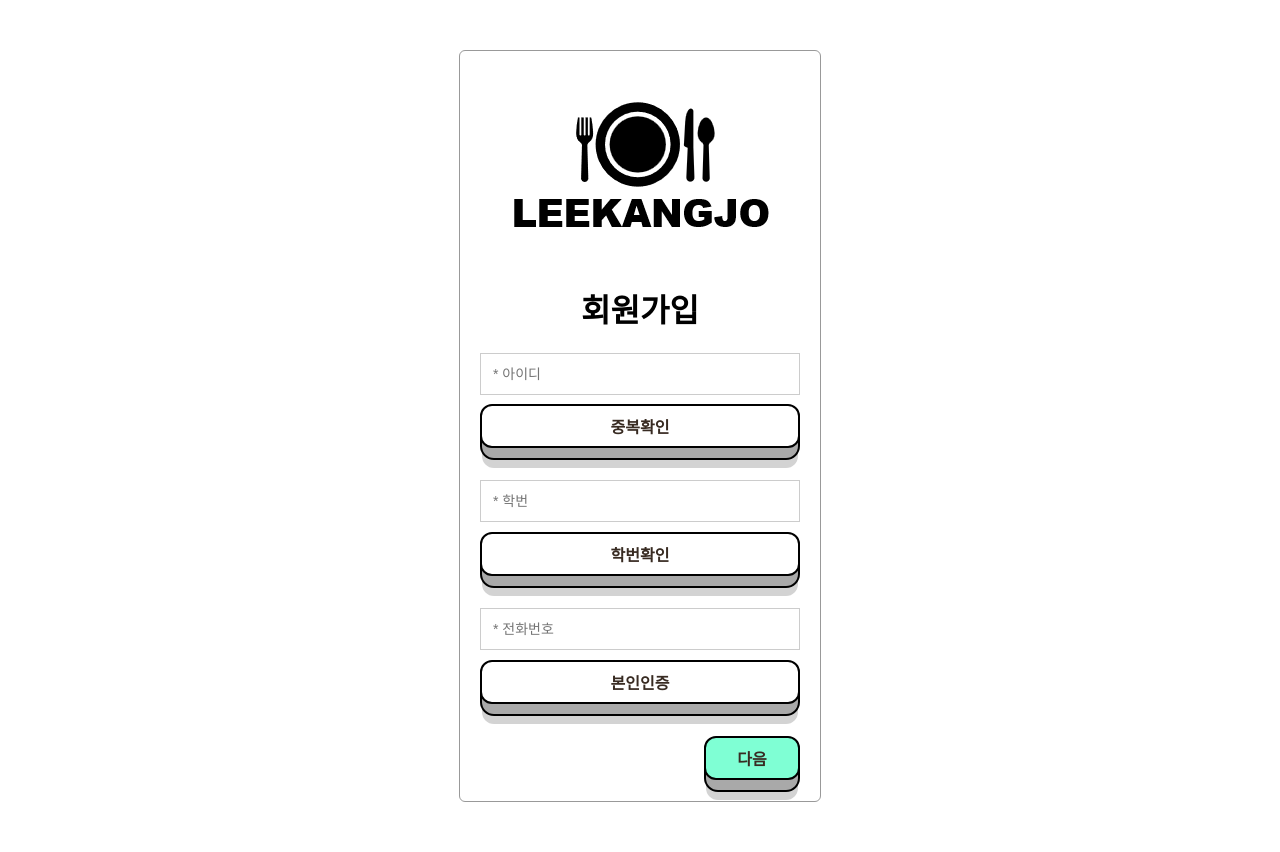
Repository: acredev/Restaurant_Management_System
Page: http://localhost/leekangjo/jsp/signup/signup_first.jsp
The author's editor kept a copy of each file at every save. The page is drawn from the files as they stood at one save, then again after the next save.
The browser window is 1280 px wide. The pictures show the whole page.
The page is served by Tomcat 9. Other server files are loaded and not shown.

Above is the page before, as saved 2023-04-21 12:20:17.
Console error (its wording comes from the project's code and is left out).

### leekangjo/WebContent/jsp/signup/signup_first.jsp
<%@ page language="java" contentType="text/html; charset=UTF-8"
    pageEncoding="UTF-8"%>

<!doctype html>
<html>
    <head>
        <meta charset="utf-8">
        <title>이강조 회원가입</title>
        <link href="../../css/signup_first.css" rel="stylesheet">
        <link href="../../css/buttonST.css" rel="stylesheet">
        <script src="../../js/signup.js"></script>
    </head>
    <body>
        <div id="box">
            <div class="boxtitle">
                <img src="../../img/Logo4.png" alt="" class="loginImg" onclick="../../location.href='index.html'">
                <h1>회원가입</h1>
            </div>
            <div class="form-item">
               <input type="text" id="inpName" placeholder="* 아이디" maxlength="10">
               <button class="tagbarBT">중복확인</button>
            </div>
            <div class="form-item">
               <input type="number" id="inpName" placeholder="* 학번" oninput="maxLengthCheck1(this)" maxlength="8">
               <button class="tagbarBT">학번확인</button>
            </div>
            <div class="form-item">
               <input type="number" id="inpName" placeholder="* 전화번호" oninput="maxLengthCheck2(this)" maxlength="11">
               <button class="tagbarBT">본인인증</button>
               <div class="block"><button class="tagbarBT" id="nextBT" onclick="location.href='signup2.html'">다음</button></div>
            </div>
        </div>
    </body>
</html>

### leekangjo/WebContent/css/signup_first.css
#box {
    margin:50px auto; padding:20px; max-width:320px; border:1px solid #999; border-radius:6px;
}
.form-item {
    flex-direction: row-reverse;
    width: 100%;
    align-items: center;
    margin-bottom: 23%;
}
.form-item input {
    width: 92%;
    padding: 12px;
    font-size: 14px;
    color: #111111;
    border: 0;
    border: 1px #cccccc solid;
    margin-bottom: 3%;
}

.form-item input:focus {
    border-color:#0982f0;
    outline: none;
}
.boxtitle{
    text-align: center;
}
.tagbarBT:nth-child(3){
    float: right;
    margin-bottom: 10%;
    width: 100%;
}
.tagbarBT:nth-child(2){
    float: right;
    margin-bottom: 10%;
    width: 100%;
}
.block{
    padding-bottom: 15%;
}
#nextBT{
    width: 30%;
    background-color: aquamarine;
    float: right;
}
input::-webkit-outer-spin-button,
input::-webkit-inner-spin-button {
  -webkit-appearance: none;
  margin: 0;
}
iframe{
	width: 100%;
	height: 17px;
	border: none;
}

### leekangjo/WebContent/css/buttonST.css
/* 프로젝트 내부의 버튼 스타일을 결정하는 css 파일입니다. */

.tagbarBT {
  position: relative;
  cursor: pointer;
  font-size: inherit;
  font-family: inherit;
  font-weight: 600;
  color: #382b22;
  padding: 0.5em 1em;
  background: #ffffff;
  border: 2px solid #000;
  border-radius: 0.75em;
  transform-style: preserve-3d;
  transition: transform 150ms cubic-bezier(0, 0, 0.58, 1), background 150ms cubic-bezier(0, 0, 0.58, 1);
}

.tagbarBT::before {
  position: absolute;
  content: "";
  width: 100%;
  height: 100%;
  top: 0;
  left: 0;
  right: 0;
  bottom: 0;
  background: darkgray;
  border-radius: inherit;
  box-shadow: 0 0 0 2px #000, 0 0.625em 0 0 lightgray;
  transform: translate3d(0, 0.75em, -1em);
  transition: transform 150ms cubic-bezier(0, 0, 0.58, 1), box-shadow 150ms cubic-bezier(0, 0, 0.58, 1);
}

.tagbarBT:hover {
  background: lightgray;
  transform: translate(0, 0.25em);
}

.tagbarBT:hover::before {
  box-shadow: 0 0 0 2px , 0 0.5em 0 0 lightgray;
  transform: translate3d(0, 0.5em, -1em);
}

.tagbarBT:active {
  background: lightgray;
  transform: translate(0em, 0.75em);
}

.tagbarBT:active::before {
  box-shadow: 0 0 0 2px , 0 0;
  transform: translate3d(0, 0, -1em);
}

### leekangjo/WebContent/js/signup.js
function maxLengthCheck1(object)
{
    if (object.value.length > object.maxLength)
{
      object.value = object.value.slice(0, object.maxLength);
    }
  }

function maxLengthCheck2(object)
{
    if (object.value.length > object.maxLength)
{
      object.value = object.value.slice(0, object.maxLength);
    }
  }

function signup_first_idchk()
{
	var id = document.getElementById("id");
	var id_chk = /^[a-z]+[a-z0-9]{5,19}$/;
	if (id.value == "")
	{
		alert("아이디 입력 후 다시 시도해 주세요.");
		id.focus();
	}
	else if (!id_chk.test(id.value))
	{
		alert("아이디에는 영문자, 숫자 조합 5자리 이상 10자리 이하만 입력 가능합니다. 다시 시도해 주세요.");
		id.focus();
	}
	else if (id.value.length <= 4)
	{
		alert("아이디는 5자리 이상, 10자리 이하로 입력 바랍니다.");
		id.focus();
	}
	else
	{
		hiddenframe.location.href="../signup/signup_idchk.jsp?id=" + document.signup_first.id.value;
	}
}

function signup_first_idchk_result()
{
	opener.document.signup_first.id.value = document.form_idchk.id.value;
	opener.document.signup_first.idchk.value = "id_chkyes";
	opener.document.signup_first.id.readOnly = true;
	opener.document.signup_first.id.style.color = "blue";
	opener.document.signup_first.id.style.onfocus = "this.blur();";
	window.close();
}

function signup_first_stdnumchk()
{
	var stdnum = document.getElementById("stdnum");
	if (stdnum.value == "")
	{
		alert("학번 입력 후 다시 시도해 주세요.");
		stdnum.focus();
	}
	else if (stdnum.value.length <= 7)
	{
		alert("경민대학교 학번은 8자리입니다. 올바르게 입력 후 다시 시도해 주세요.");
		stdnum.focus();
	}
	else
	{
		hiddenframe2.location.href="/leekangjo/jsp/signup/signup_stdnumchk.jsp?stdnum=" + document.signup_first.stdnum.value;
	}
}

function signup_first_stdnumchk_result()
{
	opener.document.signup_first.stdnum.value = document.form_stdnumchk.stdnum.value;
	opener.document.signup_first.stdnumchk.value = "stdnum_chkyes";
	opener.document.signup_first.stdnum.readOnly = true;
	opener.document.signup_first.stdnum.style.color = "blue";
	opener.document.signup_first.stdnum.style.onfocus = "this.blur();";
	window.close();
}

function signup_first_emailchk()
{
	var email = document.getElementById("email");
	var email_chk = /^[0-9a-zA-Z]([-_.]?[0-9a-zA-Z])*@[0-9a-zA-Z]([-_.]?[0-9a-zA-Z])*.[a-zA-Z]{2,3}$/i;
	if (email.value == "")
	{
		alert("이메일 입력 후 다시 시도해 주세요.");
		email.focus();
	}
	else if (!email_chk.test(email.value))
	{
		alert("이메일 형식에 맞지 않습니다. 이메일을 올바르게 입력 후 다시 시도해 주세요.");
		email.focus();
	}
	else
	{
		popupWindow = window.open("signup_emailchk.jsp?email=" + email.value, "_blank","resizeable","toolbar=no");
		popupWindow.resizeTo(500,600);
		popupWindow.onresize=(_=>{
			popupWindow.resizeTo(500,600);
		})
	}
}

function signup_first_emailchk_result()
{
	opener.document.signup_first.email.value = document.form_emailchk.email.value;
	opener.document.signup_first.emailchk.value = "email_chkyes";
	opener.document.signup_first.email.readOnly = true;
	opener.document.signup_first.email.style.color = "blue";
	opener.document.signup_first.email.style.onfocus = "this.blur();";
	window.close();
}

function signup_first_telchk()
{
	var tel = document.getElementById("tel");
	var tel_num_chk = /^01([0|1|6|7|8|9])-?([0-9]{3,4})-?([0-9]{4})$/;
	if (tel.value == "")
	{
		alert("휴대폰 번호가 입력되지 않았습니다. 휴대폰 번호를 입력하고, 다시 시도해 주세요.");
		tel.focus();
	}
	else if (!tel_num_chk.test(tel.value))
	{
		alert("휴대폰 번호 형식에 맞지 않습니다. 휴대폰 번호 입력 시, 하이픈 (-) 제거 후 숫자만 입력 바랍니다.");
		tel.focus();
	}
	else
	{
		popupWindow = window.open("signup_telchk.jsp?tel=" + tel.value, "_blank","resizeable","toolbar=no");
		popupWindow.resizeTo(500,600);
		popupWindow.onresize=(_=>{
			popupWindow.resizeTo(500,600);
		})
	}
}

function signup_first_nextBT()
{
	var idchk = document.getElementById('hiddenframe').contentWindow.document.getElementById("idchk_result");
	var stdnumchk = document.getElementById('hiddenframe2').contentWindow.document.getElementById("stdnumchk_result");
	var telchk = document.getElementById("telchk");
	var emailchk = document.getElementById("emailchk");

	if (idchk.value == "id_chkno" && stdnumchk.value == "stdnum_chkno" && telchk.value == "tel_chkno" && emailchk.value == "email_chkno")
	{
		alert("모든 인증이 완료되지 않았습니다. 모든 인증과정을 수행 후 다시 시도해 주세요.");
	}
	else if (idchk.value == "id_chkyes" && stdnumchk.value == "stdnum_chkno" && telchk.value == "tel_chkno" && emailchk.value == "email_chkno")
	{
		alert("학번 인증과 휴대폰 번호, 이메일 본인인증이 완료되지 않았습니다. 모든 인증과정을 수행 후 다시 시도해 주세요.");
	}
	else if (idchk.value == "id_chkno" && stdnumchk.value == "stdnum_chkyes" && telchk.value == "tel_chkno" && emailchk.value == "email_chkno")
	{
		alert("아이디 중복확인과 휴대폰 번호, 이메일 본인인증이 완료되지 않았습니다. 모든 인증과정을 수행 후 다시 시도해 주세요.");
	}
	else if (idchk.value == "id_chkno" && stdnumchk.value == "stdnum_chkno" && telchk.value == "tel_chkyes" && emailchk.value == "email_chkno")
	{
		alert("아이디 중복확인과 학번 인증, 이메일 본인인증이 완료되지 않았습니다. 모든 인증과정을 수행 후 다시 시도해 주세요.");
	}
	else if (idchk.value == "id_chkno" && stdnumchk.value == "stdnum_chkno" && telchk.value == "tel_chkno" && emailchk.value == "email_chkyes")
	{
		alert("아이디 중복확인과 학번 인증, 휴대폰 번호 본인인증이 완료되지 않았습니다. 모든 인증과정을 수행 후 다시 시도해 주세요.");
	}
	else if (idchk.value == "id_chkyes" && stdnumchk.value == "stdnum_chkyes" && telchk.value == "tel_chkyes" && emailchk.value == "email_chkno")
	{
		alert("이메일 본인인증이 완료되지 않았습니다. 모든 인증과정을 수행 후 다시 시도해 주세요.");
	}
	else if (idchk.value == "id_chkyes" && stdnumchk.value == "stdnum_chkyes" && telchk.value == "tel_chkno" && emailchk.value == "email_chkyes")
	{
		alert("휴대폰 번호 본인인증이 완료되지 않았습니다. 모든 인증과정을 수행 후 다시 시도해 주세요.");
	}
	else if (idchk.value == "id_chkyes" && stdnumchk.value == "stdnum_chkno" && telchk.value == "tel_chkyes" && emailchk.value == "email_chkyes")
	{
		alert("학번 인증이 완료되지 않았습니다. 모든 인증과정을 수행 후 다시 시도해 주세요.");
	}
	else if (idchk.value == "id_chkno" && stdnumchk.value == "stdnum_chkyes" && telchk.value == "tel_chkyes" && emailchk.value == "email_chkyes")
	{
		alert("아이디 중복확인이 완료되지 않았습니다. 모든 인증과정을 수행 후 다시 시도해 주세요.");
	}
	else if (idchk.value == "id_chkno" || stdnumchk.value == "stdnum_chkno" || telchk.value == "tel_chkno" && emailchk.value == "email_chkno")
	{
		alert("하나 이상의 인증과정이 정상 수행되지 않았습니다. 모든 인증과정을 수행 후 다시 시도해 주세요.");
	}
	else
	{
		document.signup_first.submit();
	}
}

function signup_second_pwdchk()
{
	var pwd = document.signup_second.pwd.value;
	var pwdsame = document.signup_second.pwdsame.value;
	var pwd_chk = /^[a-zA-Z0-9]{6,16}$/;

	if (!pwd_chk.test(pwd))
	{
		window.alert("비밀번호는 6글자 이상, 16글자 이하로만 사용 가능합니다.");
		document.signup_second.pwd.focus();
	}
	else
	{
		if (pwd != "" && pwdsame != "")
		{
			if (pwd == pwdsame)
			{
				document.getElementById("pwdsame_result").value = "비밀번호가 일치합니다.";
				document.getElementById("pwdsame_result").style.color = "blue";
				document.getElementById("isPwdSame").value = "yes";
			}
			else
			{
				document.getElementById("pwdsame_result").value = "비밀번호가 일치하지 않습니다.";
				document.getElementById("pwdsame_result").style.color = "red";
				document.getElementById("isPwdSame").value = "no";
			}
		}
	}
}

function signup_second_sendBT()
{
	var name = document.getElementById("name");
	var isPwdSame = document.getElementById("isPwdSame");

	if (name.value == "" && isPwdSame.value == "no")
	{
		alert("이름이 입력되지 않았으며, 비밀번호가 서로 일치하지 않습니다. 확인 후 다시 시도해 주세요.");
	}
	else if (name.value != "" && isPwdSame.value == "no")
	{
		alert("비밀번호가 서로 일치하지 않습니다. 확인 후 다시 시도해 주세요.");
	}
	else if (name.value == "" && isPwdSame.value != "no")
	{
		alert("이름이 입력되지 않았습니다. 확인 후 다시 시도해 주세요.");
	}
	else if (name.value == "" || isPwdSame.value == "no")
	{
		alert("하나 이상의 항목이 정상적으로 입력되지 않았습니다. 확인 후 다시 시도해 주세요.");
	}
	else
	{
		alert("회원가입이 완료되었습니다. 로그인 후 이용해 주세요.");
		document.signup_second.submit();
	}
}

After the next save:
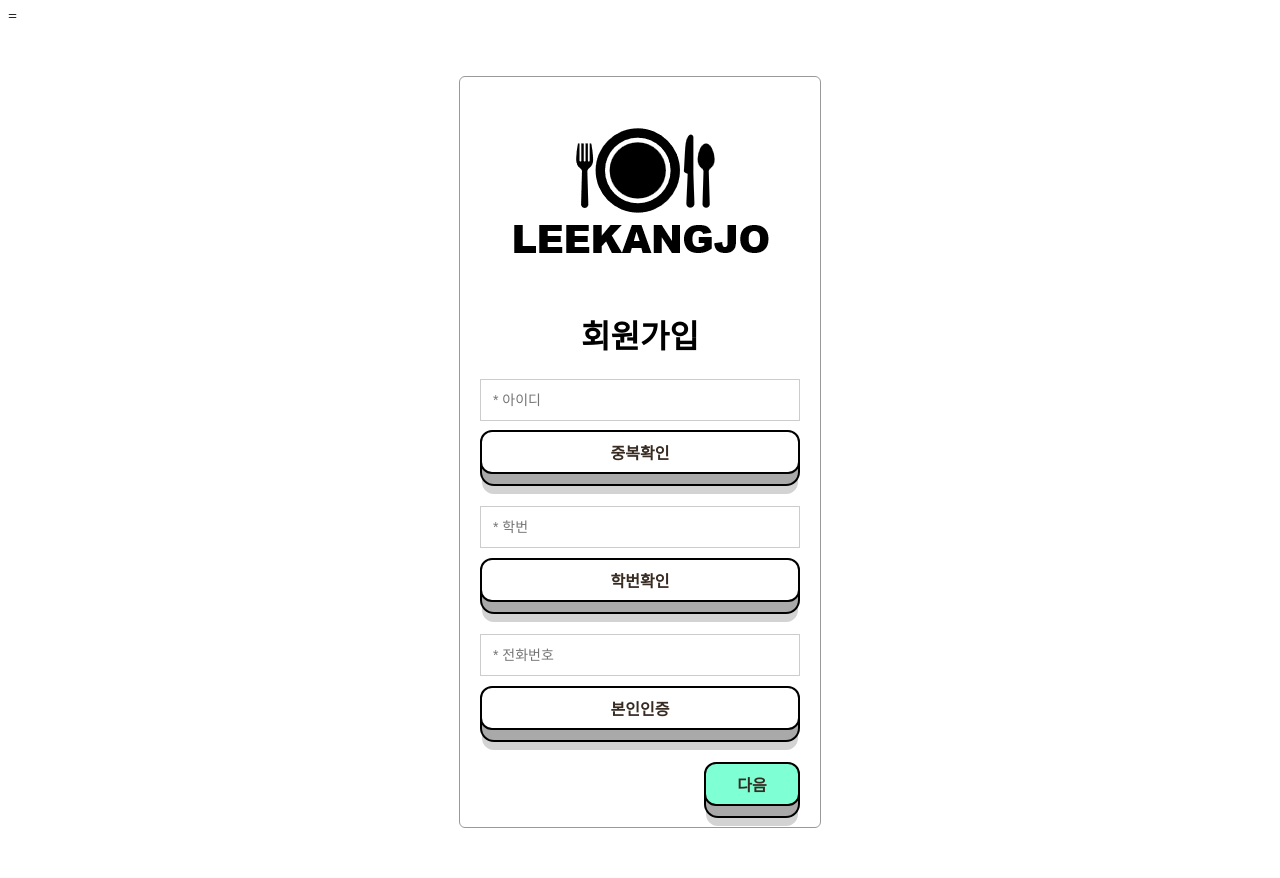
Saved 90 s later.
--- a/leekangjo/WebContent/jsp/signup/signup_first.jsp
+++ b/leekangjo/WebContent/jsp/signup/signup_first.jsp
@@ -11,24 +11,26 @@
         <script src="../../js/signup.js"></script>
     </head>
     <body>
-        <div id="box">
-            <div class="boxtitle">
-                <img src="../../img/Logo4.png" alt="" class="loginImg" onclick="../../location.href='index.html'">
-                <h1>회원가입</h1>
-            </div>
-            <div class="form-item">
-               <input type="text" id="inpName" placeholder="* 아이디" maxlength="10">
-               <button class="tagbarBT">중복확인</button>
-            </div>
-            <div class="form-item">
-               <input type="number" id="inpName" placeholder="* 학번" oninput="maxLengthCheck1(this)" maxlength="8">
-               <button class="tagbarBT">학번확인</button>
-            </div>
-            <div class="form-item">
-               <input type="number" id="inpName" placeholder="* 전화번호" oninput="maxLengthCheck2(this)" maxlength="11">
-               <button class="tagbarBT">본인인증</button>
-               <div class="block"><button class="tagbarBT" id="nextBT" onclick="location.href='signup2.html'">다음</button></div>
-            </div>
-        </div>
+    	<form name="signup_first" action="signup_second.jsp" method="post">=
+        	<div id="box">
+    	        <div class="boxtitle">
+	                <img src="../../img/Logo4.png" alt="" class="loginImg" onclick="../../location.href='index.html'">
+                	<h1>회원가입</h1>
+	            </div>
+            	<div class="form-item">
+               		<input type="text" id="inpName" placeholder="* 아이디" maxlength="10">
+					<button class="tagbarBT">중복확인</button>
+            	</div>
+            	<div class="form-item">
+					<input type="number" id="inpName" placeholder="* 학번" oninput="maxLengthCheck1(this)" maxlength="8">
+               		<button class="tagbarBT">학번확인</button>
+            	</div>
+	            <div class="form-item">
+               		<input type="number" id="inpName" placeholder="* 전화번호" oninput="maxLengthCheck2(this)" maxlength="11">
+               		<button class="tagbarBT">본인인증</button>
+               		<div class="block"><button class="tagbarBT" id="nextBT" onclick="location.href='signup2.html'">다음</button></div>
+	            </div>
+        	</div>
+        </form>
     </body>
 </html>
